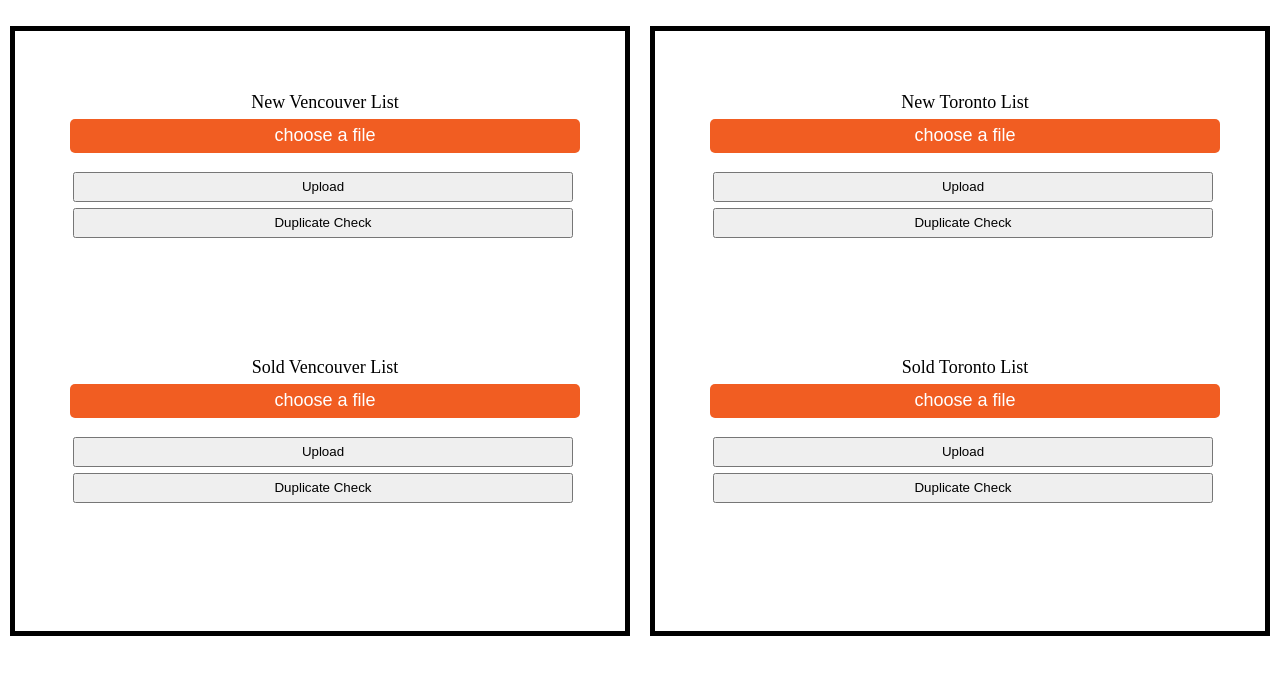
Repository: ah-sabbir/TIAM
Page: src/index.html
These files come from the project's save history. The page is drawn as it stood at one moment and after the next save; the edit follows.
The browser window is 1280 px wide. The pictures show the whole page.

Above is the page before, as saved 2022-05-16 17:28:13.
Console error: TypeError: Cannot read properties of null (reading 'addEventListener')

After the next save:
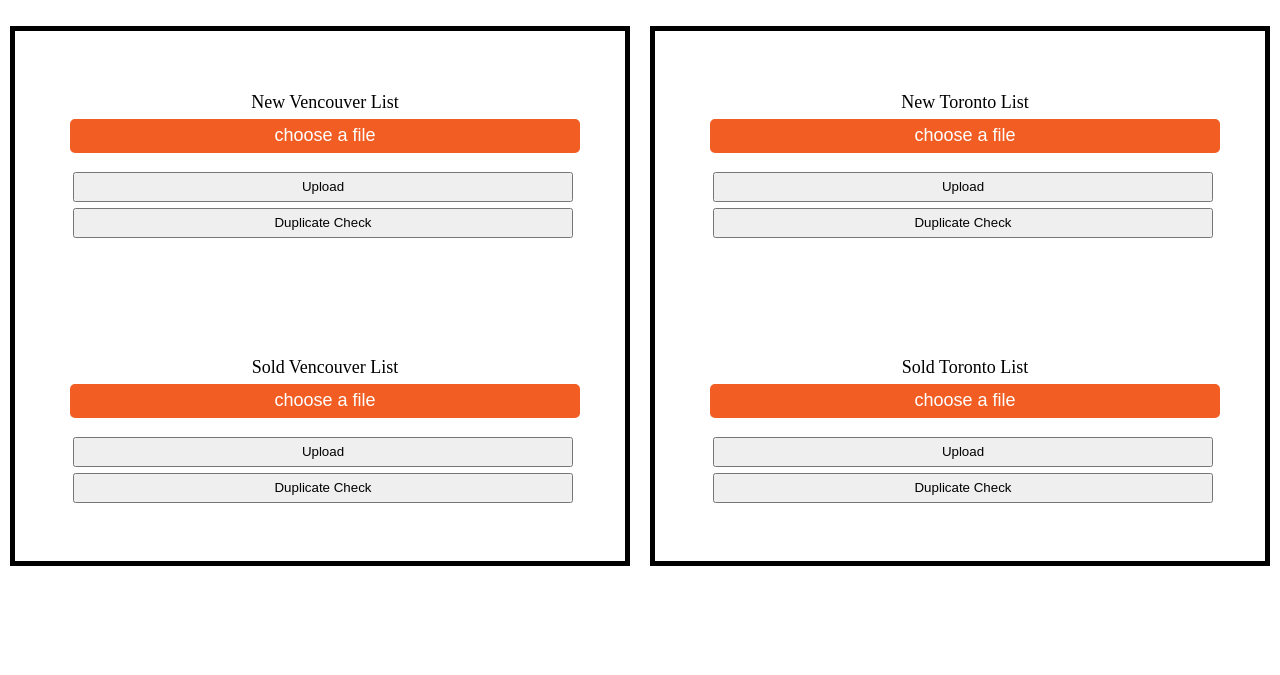
Saved 20 s later.
--- a/src/index.css
+++ b/src/index.css
@@ -15,7 +15,7 @@
     margin: 10px;
     border: solid 5px black;
     width: 100%;
-    min-height: 600px;
+    /* min-height: 600px; */
     max-height: 1024px;
 }
 
